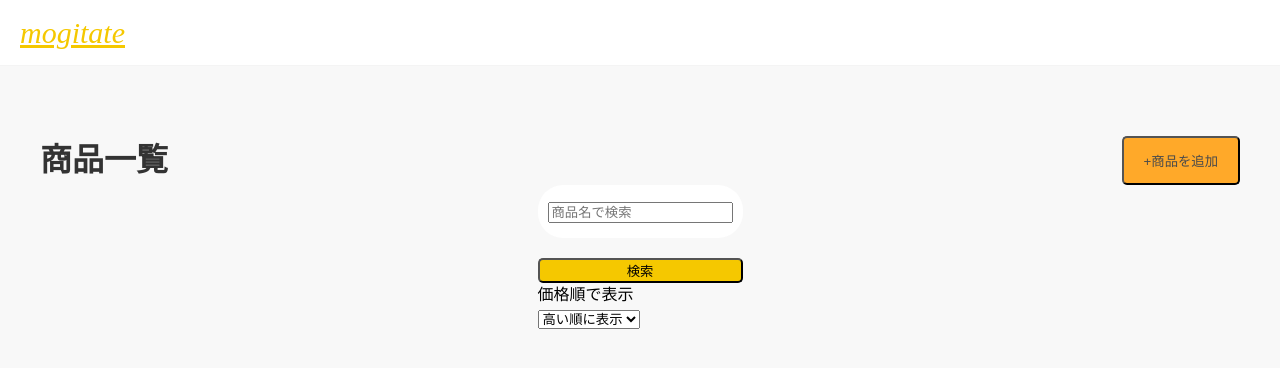
Repository: SuzukiFuminori/test-fruit
Page: http://localhost/products
These files come from the project's save history. The page is drawn as it stood at one moment and after a run of saves; the edit follows.
The browser window is 1280 px wide. The pictures show the whole page.
The page is served by the project's Laravel application, run on PHP 8.4 with Laravel 8. Queries for data that is not in the repository find no rows.

Above is the page before, as saved 2024-12-30 05:50:41.

After the next 6 saves:
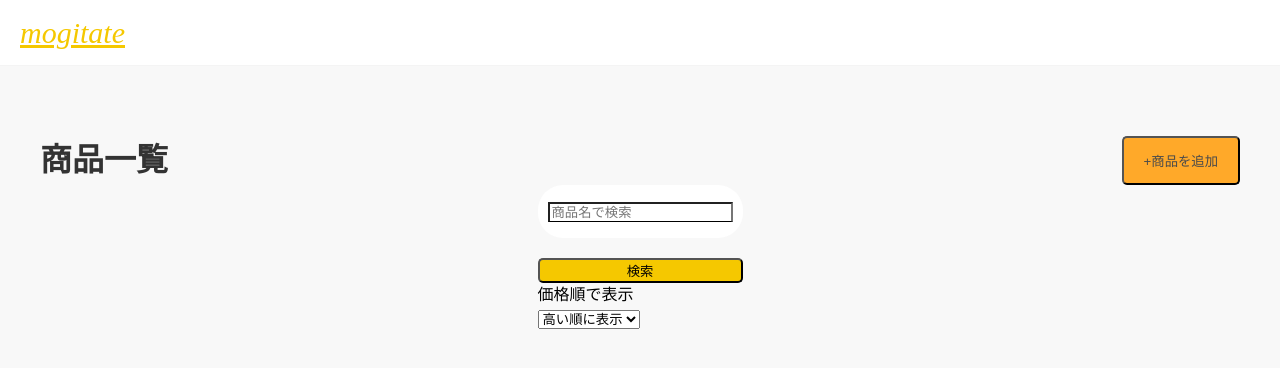
The 6 saves are shown as one change because they came seconds apart.
The last was saved 21 min 19 s later.
--- a/src/resources/views/index.blade.php
+++ b/src/resources/views/index.blade.php
@@ -21,7 +21,7 @@
         <div class="search-wrapper">
           <div class="search__input">
             <div class="search__input--text">
-              <input type="search" name="name" placeholder="商品名で検索">
+              <input class="search" type="search" name="name" placeholder="商品名で検索">
             </div>
           </div>
           <div class="search__button">
